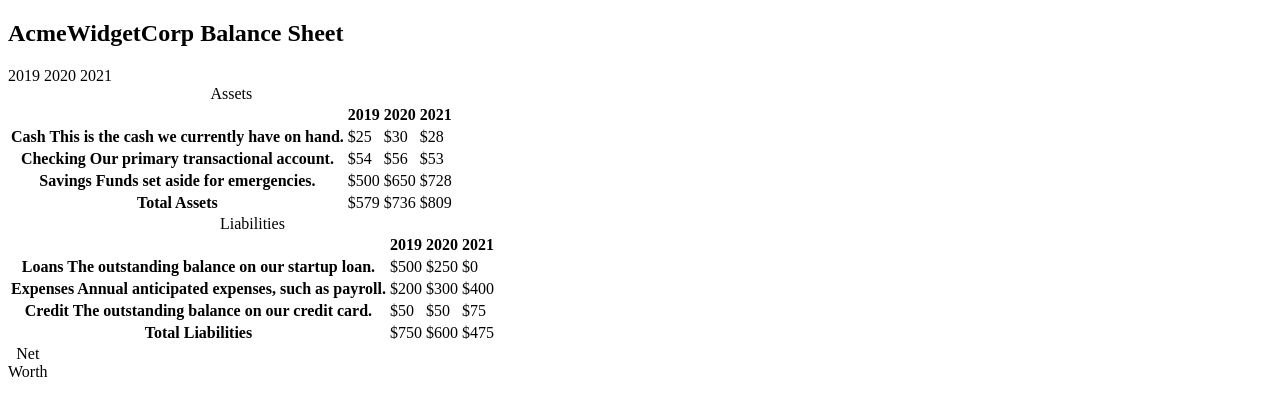
Repository: cipdanila/freeCodeCamp
Page: BalanceSheet/index.html
An editor plug-in stored every save of this project. The page is shown before and after the next save, followed by the edit.
The browser window is 1280 px wide. The pictures show the whole page.

Above is the page before, as saved 2023-10-19 16:49:33.

### BalanceSheet/index.html
<!DOCTYPE html>
<html lang="en">
    <head>
        <meta charset="UTF-8" />
        <meta name="viewport" content="width=device-width, initial-scale=1.0" />
        <title>Balance Sheet</title>
        <link rel="stylesheet" href="./styles.css" />
    </head>
    <body>
        <main>
            <section>
                <h1>
                    <span class="flex">
                        <span>AcmeWidgetCorp</span>
                        <span>Balance Sheet</span>
                    </span>
                </h1>
                <div id="years" aria-hidden="true">
                    <span class="year">2019</span>
                    <span class="year">2020</span>
                    <span class="year">2021</span>
                </div>
                <div class="table-wrap">
                    <table>
                        <caption>
                            Assets
                        </caption>
                        <thead>
                            <tr>
                                <td></td>
                                <th><span class="sr-only year">2019</span></th>
                                <th><span class="sr-only year">2020</span></th>
                                <th class="current">
                                    <span class="sr-only year">2021</span>
                                </th>
                            </tr>
                        </thead>
                        <tbody>
                            <tr class="data">
                                <th>
                                    Cash
                                    <span class="description"
                                        >This is the cash we currently have on
                                        hand.</span
                                    >
                                </th>
                                <td>$25</td>
                                <td>$30</td>
                                <td class="current">$28</td>
                            </tr>
                            <tr class="data">
                                <th>
                                    Checking
                                    <span class="description"
                                        >Our primary transactional
                                        account.</span
                                    >
                                </th>
                                <td>$54</td>
                                <td>$56</td>
                                <td class="current">$53</td>
                            </tr>
                            <tr class="data">
                                <th>
                                    Savings
                                    <span class="description"
                                        >Funds set aside for emergencies.</span
                                    >
                                </th>
                                <td>$500</td>
                                <td>$650</td>
                                <td class="current">$728</td>
                            </tr>
                            <tr class="total">
                                <th>
                                    Total <span class="sr-only">Assets</span>
                                </th>
                                <td>$579</td>
                                <td>$736</td>
                                <td class="current">$809</td>
                            </tr>
                        </tbody>
                    </table>
                    <table>
                        <caption>Liabilities</caption>
                        <thead>
                            <tr>
                                <td></td>
                                <th>
                                    <span class="sr-only">2019</span>
                                </th>
                                <th>
                                    <span class="sr-only">2020</span>
                                </th>
                                <th>
                                    <span class="sr-only">2021</span>
                                </th>
                            </tr>
                        </thead>
                        <tbody>
                            <tr class="data">
                                <th>
                                    Loans
                                    <span class="description"
                                        >The outstanding balance on our startup loan.</span
                                    >
                                </th>
                                <td>$500</td>
                                <td>$250</td>
                                <td class="current">$0</td>
                            </tr>
                            <tr class="data">
                                <th>
                                    Expenses
                                    <span class="description"
                                        >Annual anticipated expenses, such as payroll.</span
                                    >
                                </th>
                                <td>$200</td>
                                <td>$300</td>
                                <td class="current">$400</td>
                            </tr>
                            <tr class="data">
                                <th>
                                    Credit
                                    <span class="description"
                                        >The outstanding balance on our credit card.</span
                                    >
                                </th>
                                <td>$50</td>
                                <td>$50</td>
                                <td class="current">$75</td>
                            </tr>
                            <tr class="total">
                                <th>
                                    Total
                                    <span class="sr-only"
                                        >Liabilities</span
                                    >
                                </th>
                                <td>$750</td>
                                <td>$600</td>
                                <td class="current">$475</td>
                            </tr>
                        </tbody>
                    </table>
                    <table>
                        <caption>Net Worth</caption>
                        <thead></thead>
                        <tbody></tbody>
                    </table>
                </div>
            </section>
        </main>
    </body>
</html>

Loaded but not shown: BalanceSheet/styles.css (empty)

After the next save:
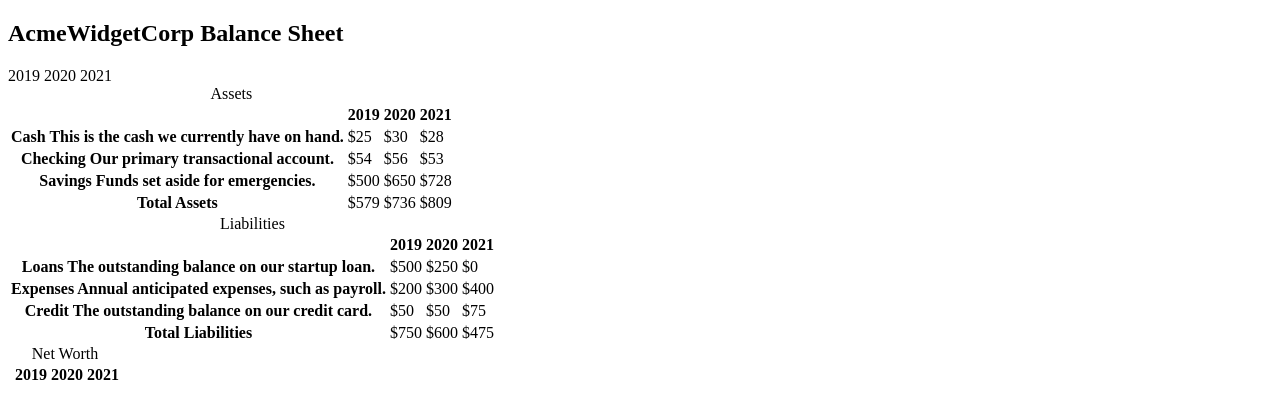
Saved 99 s later.
--- a/BalanceSheet/index.html
+++ b/BalanceSheet/index.html
@@ -146,7 +146,20 @@
                     </table>
                     <table>
                         <caption>Net Worth</caption>
-                        <thead></thead>
+                        <thead>
+                            <tr>
+                                <td></td>
+                                <th>
+                                    <span class="sr-only">2019</span>
+                                </th>
+                                <th>
+                                    <span class="sr-only">2020</span>
+                                </th>
+                                <th>
+                                    <span class="sr-only">2021</span>
+                                </th>
+                            </tr>
+                        </thead>
                         <tbody></tbody>
                     </table>
                 </div>
